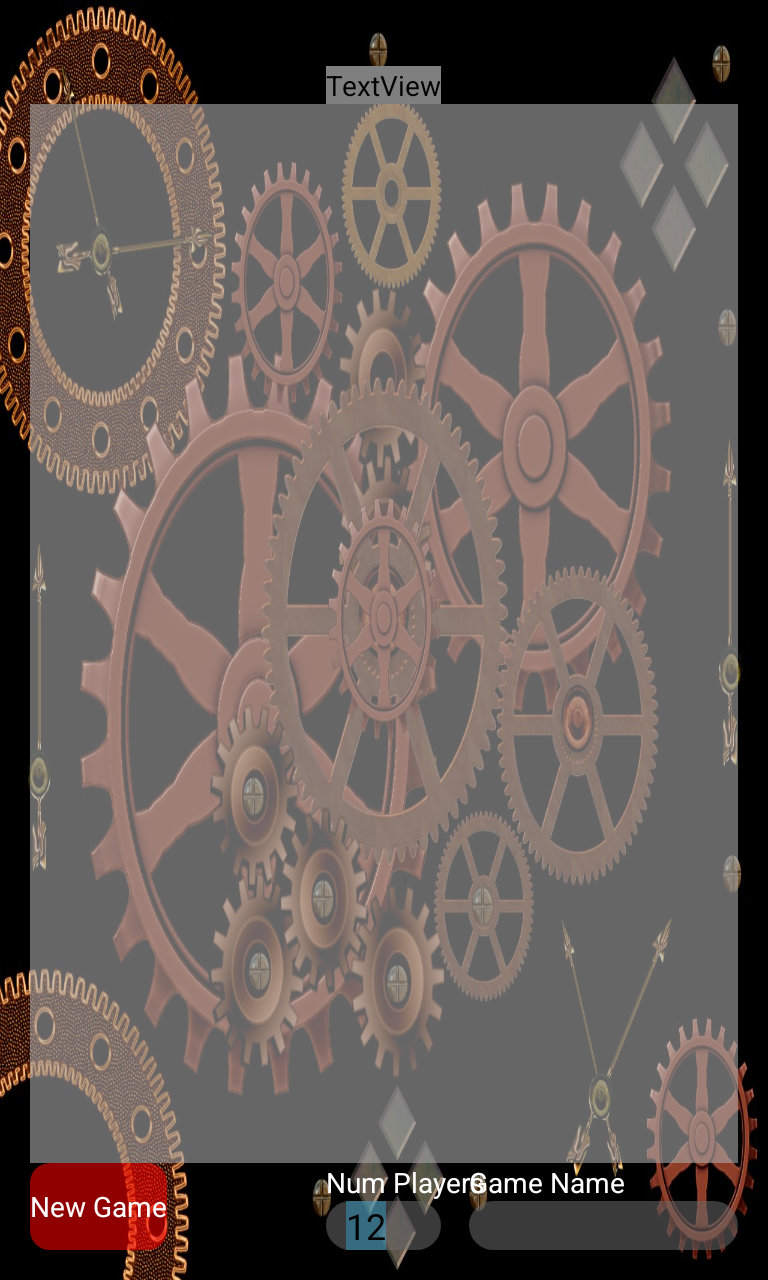
Repository: jkrepps/CSCE-482
Layout: Mobile Client (eclipse)/Industry of Deciet/res/layout/activity_game_selection.xml
The author's editor kept a copy of each file at every save. The layout is drawn from the files as they stood at one save, then again after the next save.
Pictures or frames that could not be fetched are drawn as grey boxes. It is drawn on a 768 x 1280 px phone screen (xhdpi) without system bars, with theme AppTheme; the app's code is not run.

Above is the layout before, as saved 2014-12-09 02:53:34.

After the next save:
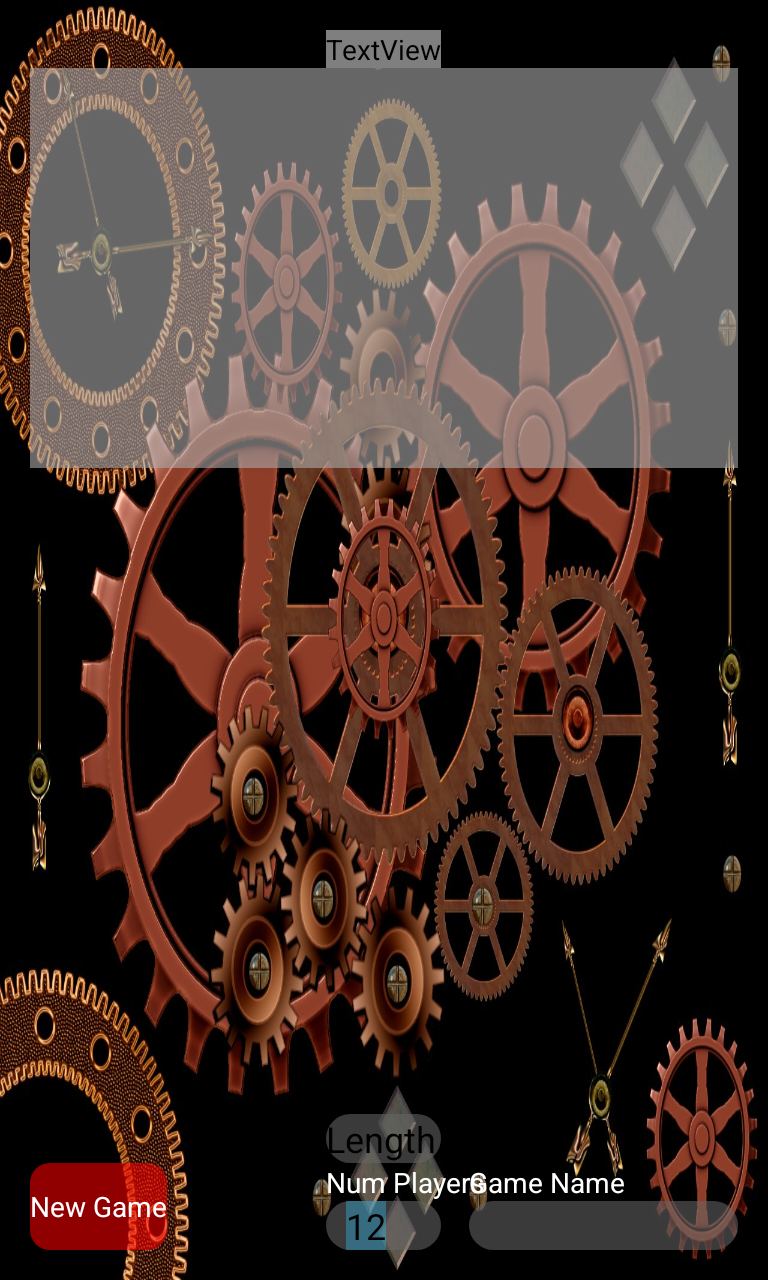
Saved 11 min 11 s later.
--- a/Mobile Client (eclipse)/Industry of Deciet/res/layout/activity_game_selection.xml
+++ b/Mobile Client (eclipse)/Industry of Deciet/res/layout/activity_game_selection.xml
@@ -12,10 +12,9 @@
 
         <ScrollView
             android:layout_width="match_parent"
-			android:background="#99AAAAAA"
             android:layout_height="200dp"
-            android:layout_above="@+id/textView2"
-            android:layout_below="@+id/textView1" >
+            android:layout_below="@+id/textView1"
+            android:background="#99AAAAAA" >
 
             <LinearLayout
                 android:layout_width="match_parent"
@@ -85,19 +84,6 @@
 </TextView>
 
         <TextView
-            android:id="@+id/textView1"
-            android:layout_width="wrap_content"
-            android:layout_height="wrap_content"
-            android:layout_alignParentTop="true"
-            android:layout_centerHorizontal="true"
-            android:layout_marginTop="18dp"
-            android:fontFamily="Droid Sans Mono"
-            android:text="Game List"
-            android:textAppearance="?android:attr/textAppearanceMedium"
-            android:textColor="#FFFFFF"
-            android:textSize="24sp" />
-
-        <TextView
             android:id="@+id/textView2"
             android:layout_width="wrap_content"
             android:layout_height="wrap_content"
@@ -108,6 +94,29 @@
             android:textAppearance="?android:attr/textAppearanceSmall"
             android:textColor="#FFFFFF" />
 
+        <TextView
+            android:id="@+id/textView1"
+            android:layout_width="wrap_content"
+            android:layout_height="wrap_content"
+            android:layout_alignParentTop="true"
+            android:layout_centerHorizontal="true"
+            android:fontFamily="Droid Sans Mono"
+            android:text="Game List"
+            android:textAppearance="?android:attr/textAppearanceMedium"
+            android:textColor="#FFFFFF"
+            android:textSize="24sp" />
+
+        <EditText
+            android:id="@+id/editText3"
+            android:layout_width="wrap_content"
+            android:layout_height="wrap_content"
+            android:layout_above="@+id/textView2"
+            android:layout_alignLeft="@+id/textView2"
+            android:layout_toLeftOf="@+id/editText2"
+            android:background="@drawable/roundededittext"
+            android:ems="10"
+            android:text="Length" />
+
     </RelativeLayout>
 
 </LinearLayout>
